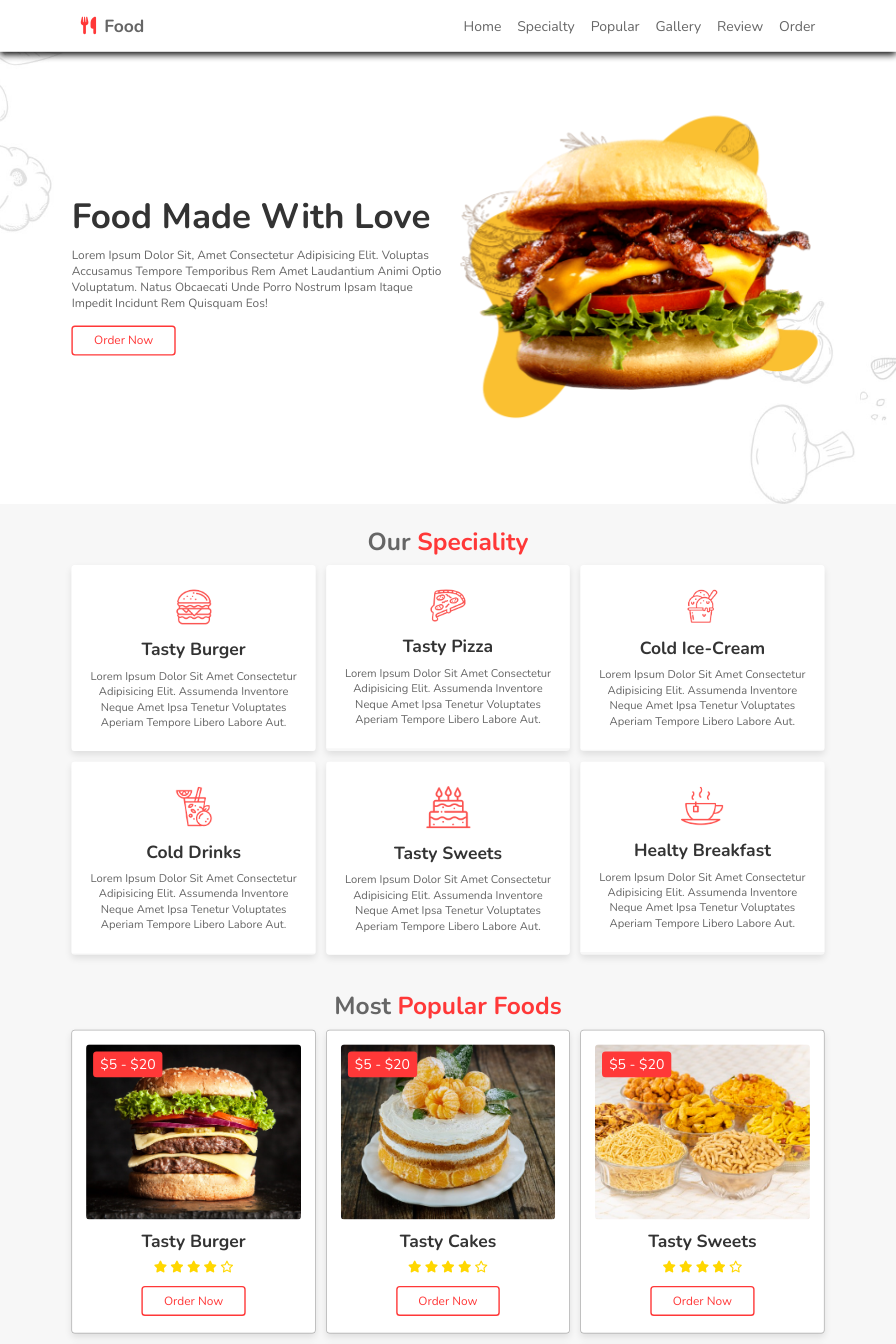
Repository: wenxi0504/ResturantApp-static-
Page: index.html
An editor plug-in stored every save of this project. The page is shown before and after the next save, followed by the edit.
The browser window is 1280 px wide. The pictures show the part of the page from y = 0 to 1920 px (the page is 6701 px tall before and 3665 px after), at 70% of full size.

Above is the page before, as saved 2022-01-10 00:37:00.
Console error: TypeError: Cannot read properties of null (reading 'classList')

### index.html
<!DOCTYPE html>
<html lang="en">
  <head>
    <meta charset="UTF-8" />
    <meta http-equiv="X-UA-Compatible" content="IE=edge" />
    <meta name="viewport" content="width=device-width, initial-scale=1.0" />
    <title>Maple Yip Seafood Restaurant</title>
    <!-- font awesome cnd link-->
    <link
      rel="stylesheet"
      href="https://cdnjs.cloudflare.com/ajax/libs/font-awesome/6.0.0-beta3/css/all.min.css"
    />
    <!--custom css link-->
    <link rel="stylesheet" href="./style.css" />
  </head>
  <body>
    <!--header section-->
    <header>
      <!-- current page-->
      <a href="#" class="logo"><i class="fas fa-utensils"></i> food </a>
      <div id="menu-bar" class="fas fa-bars"></div>
      <nav class="navbar">
        <a href="#home">Home</a>
        <a href="#speciality">Specialty</a>
        <a href="#popular">Popular</a>
        <a href="#gallery">gallery</a>
        <a href="#revire">Review</a>
        <a href="#order">Order</a>
      </nav>
    </header>
    <!-- header section ends-->
    <!--home section-->
    <section class="home" id="home">
      <div class="content">
        <h3>food made with love</h3>
        <p>
          Lorem ipsum dolor sit, amet consectetur adipisicing elit. Voluptas
          accusamus tempore temporibus rem amet laudantium animi optio
          voluptatum. Natus obcaecati unde porro nostrum ipsam itaque impedit
          incidunt rem quisquam eos!
        </p>
        <a href="#" class="btn">order now</a>
      </div>
      <div class="image">
        <img src="images/home-img.png" alt="home-img" />
      </div>
    </section>
    <!--home section ends-->

<!--Specialty section -->
<section class="speciality" id="speciality">
    <h1 class="heading">Our <span>Speciality</span></h1>
    <div class="box-container">
        <div class="box">
            <img class="image" src="images/s-img-1.jpg" alt="s-image">
            <div class="content">
                <img src="images/s-1.png" alt="s-1">
                <h3>tasty burger</h3>
                <p>Lorem ipsum dolor sit amet consectetur adipisicing elit. Assumenda inventore neque amet ipsa tenetur voluptates aperiam tempore libero labore aut.</p>
            </div>
        </div>
        <div class="box">
            <img class="image" src="images/s-img-2.jpg" alt="">
            <div class="content">
                <img src="images/s-2.png" alt="">
                <h3>tasty pizza</h3>
                <p>Lorem ipsum dolor sit amet consectetur adipisicing elit. Assumenda inventore neque amet ipsa tenetur voluptates aperiam tempore libero labore aut.</p>
            </div>
        </div>
        <div class="box">
            <img class="image" src="images/s-img-3.jpg" alt="">
            <div class="content">
                <img src="images/s-3.png" alt="">
                <h3>cold ice-cream</h3>
                <p>Lorem ipsum dolor sit amet consectetur adipisicing elit. Assumenda inventore neque amet ipsa tenetur voluptates aperiam tempore libero labore aut.</p>
            </div>
        </div>
        <div class="box">
            <img class="image" src="images/s-img-4.jpg" alt="">
            <div class="content">
                <img src="images/s-4.png" alt="">
                <h3>cold drinks</h3>
                <p>Lorem ipsum dolor sit amet consectetur adipisicing elit. Assumenda inventore neque amet ipsa tenetur voluptates aperiam tempore libero labore aut.</p>
            </div>
        </div>
        <div class="box">
            <img class="image" src="images/s-img-5.jpg" alt="">
            <div class="content">
                <img src="images/s-5.png" alt="">
                <h3>tasty sweets</h3>
                <p>Lorem ipsum dolor sit amet consectetur adipisicing elit. Assumenda inventore neque amet ipsa tenetur voluptates aperiam tempore libero labore aut.</p>
            </div>
        </div>
        <div class="box">
            <img class="image" src="images/s-img-6.jpg" alt="">
            <div class="content">
                <img src="images/s-6.png" alt="">
                <h3>healty breakfast</h3>
                <p>Lorem ipsum dolor sit amet consectetur adipisicing elit. Assumenda inventore neque amet ipsa tenetur voluptates aperiam tempore libero labore aut.</p>
            </div>
        </div>
    </div>
</section>
<!--Specialty section ends-->
<!--popular section-->
<section class="popular" id="popular">
    <h1 class="heading">most <span>popular foods</span></h1>
<div class="box-container">
    <div class="box">
        <span class="price"> $5 - $20 </span>
        <img src="images/p-1.jpg" alt="">
        <h3>tasty burger</h3>
        <div class="stars">
            <i class="fas fa-star"></i>
            <i class="fas fa-star"></i>
            <i class="fas fa-star"></i>
            <i class="fas fa-star"></i>
            <i class="far fa-star"></i>
        </div>
        <a href="#" class="btn">order now</a>
    </div>
    <div class="box">
        <span class="price"> $5 - $20 </span>
        <img src="images/p-2.jpg" alt="">
        <h3>tasty cakes</h3>
        <div class="stars">
            <i class="fas fa-star"></i>
            <i class="fas fa-star"></i>
            <i class="fas fa-star"></i>
            <i class="fas fa-star"></i>
            <i class="far fa-star"></i>
        </div>
        <a href="#" class="btn">order now</a>
    </div>
    <div class="box">
        <span class="price"> $5 - $20 </span>
        <img src="images/p-3.jpg" alt="">
        <h3>tasty sweets</h3>
        <div class="stars">
            <i class="fas fa-star"></i>
            <i class="fas fa-star"></i>
            <i class="fas fa-star"></i>
            <i class="fas fa-star"></i>
            <i class="far fa-star"></i>
        </div>
        <a href="#" class="btn">order now</a>
    </div>
    <div class="box">
        <span class="price"> $5 - $20 </span>
        <img src="images/p-4.jpg" alt="">
        <h3>tasty cupcakes</h3>
        <div class="stars">
            <i class="fas fa-star"></i>
            <i class="fas fa-star"></i>
            <i class="fas fa-star"></i>
            <i class="fas fa-star"></i>
            <i class="far fa-star"></i>
        </div>
        <a href="#" class="btn">order now</a>
    </div>
    <div class="box">
        <span class="price"> $5 - $20 </span>
        <img src="images/p-5.jpg" alt="">
        <h3>cold drinks</h3>
        <div class="stars">
            <i class="fas fa-star"></i>
            <i class="fas fa-star"></i>
            <i class="fas fa-star"></i>
            <i class="fas fa-star"></i>
            <i class="far fa-star"></i>
        </div>
        <a href="#" class="btn">order now</a>
    </div>
    <div class="box">
        <span class="price"> $5 - $20 </span>
        <img src="images/p-6.jpg" alt="">
        <h3>cold ice-cream</h3>
        <div class="stars">
            <i class="fas fa-star"></i>
            <i class="fas fa-star"></i>
            <i class="fas fa-star"></i>
            <i class="fas fa-star"></i>
            <i class="far fa-star"></i>
        </div>
        <a href="#" class="btn">order now</a>
    </div>
</div>
</section>
<!--popular section ends-->
<!--steps section-->
<div class="step-container">

    <h1 class="heading">how it <span>works</span></h1>

    <section class="steps">

        <div class="box">
            <img src="images/step-1.jpg" alt="">
            <h3>choose your favorite food</h3>
        </div>
        <div class="box">
            <img src="images/step-2.jpg" alt="">
            <h3>free and fast delivery</h3>
        </div>
        <div class="box">
            <img src="images/step-3.jpg" alt="">
            <h3>easy payments methods</h3>
        </div>
        <div class="box">
            <img src="images/step-4.jpg" alt="">
            <h3>and finally, enjoy your food</h3>
        </div>

    </section>

</div>
<!-- steps section ends-->
<!--gallery section-->
<section class="gallery" id="gallery">

    <h1 class="heading"> our food <span> gallery </span> </h1>

    <div class="box-container">

        <div class="box">
            <img src="images/g-1.jpg" alt="">
            <div class="content">
                <h3>tasty food</h3>
                <p>Lorem ipsum dolor sit, amet consectetur adipisicing elit. Deleniti, ipsum.</p>
                <a href="#" class="btn">ordern now</a>
            </div>
        </div>
        <div class="box">
            <img src="images/g-2.jpg" alt="">
            <div class="content">
                <h3>tasty food</h3>
                <p>Lorem ipsum dolor sit, amet consectetur adipisicing elit. Deleniti, ipsum.</p>
                <a href="#" class="btn">ordern now</a>
            </div>
        </div>
        <div class="box">
            <img src="images/g-3.jpg" alt="">
            <div class="content">
                <h3>tasty food</h3>
                <p>Lorem ipsum dolor sit, amet consectetur adipisicing elit. Deleniti, ipsum.</p>
                <a href="#" class="btn">ordern now</a>
            </div>
        </div>
        <div class="box">
            <img src="images/g-4.jpg" alt="">
            <div class="content">
                <h3>tasty food</h3>
                <p>Lorem ipsum dolor sit, amet consectetur adipisicing elit. Deleniti, ipsum.</p>
                <a href="#" class="btn">ordern now</a>
            </div>
        </div>
        <div class="box">
            <img src="images/g-5.jpg" alt="">
            <div class="content">
                <h3>tasty food</h3>
                <p>Lorem ipsum dolor sit, amet consectetur adipisicing elit. Deleniti, ipsum.</p>
                <a href="#" class="btn">ordern now</a>
            </div>
        </div>
        <div class="box">
            <img src="images/g-6.jpg" alt="">
            <div class="content">
                <h3>tasty food</h3>
                <p>Lorem ipsum dolor sit, amet consectetur adipisicing elit. Deleniti, ipsum.</p>
                <a href="#" class="btn">ordern now</a>
            </div>
        </div>
        <div class="box">
            <img src="images/g-7.jpg" alt="">
            <div class="content">
                <h3>tasty food</h3>
                <p>Lorem ipsum dolor sit, amet consectetur adipisicing elit. Deleniti, ipsum.</p>
                <a href="#" class="btn">ordern now</a>
            </div>
        </div>
        <div class="box">
            <img src="images/g-8.jpg" alt="">
            <div class="content">
                <h3>tasty food</h3>
                <p>Lorem ipsum dolor sit, amet consectetur adipisicing elit. Deleniti, ipsum.</p>
                <a href="#" class="btn">ordern now</a>
            </div>
        </div>
        <div class="box">
            <img src="images/g-9.jpg" alt="">
            <div class="content">
                <h3>tasty food</h3>
                <p>Lorem ipsum dolor sit, amet consectetur adipisicing elit. Deleniti, ipsum.</p>
                <a href="#" class="btn">ordern now</a>
            </div>
        </div>

    </div>

</section>

<!--gallery section ends-->
    <!--custom js file link-->
    <script src="script.js"></script>
  </body>
</html>

### style.css
@import url('https://fonts.googleapis.com/css2?family=Nunito:wght@200;300;400;600;700&display=swap');

:root{
--red:#ff3838;
}
 /* match everything */
*{
    font-family: 'Nunito', sans-serif;
    margin:0;
    padding:0;
    box-sizing:border-box;
    outline:none;
    border:none;
    text-decoration: none;
    /* text 大小写 */
    text-transform: capitalize;
    transition: all .2s linear;
}

/* the part that the user choose to highlight */
*::selection{
    background:var(--red);
    color:#fff;
  }

html{
    font-size: 62.5%;
    overflow-x: hidden;
    scroll-behavior: smooth;
    scroll-padding-top:6rem;
}

body{
    background: #f7f7f7;
}

header{
    position:fixed;
    top:0;
    left:0;
    right: 0;
    z-index:1000;
    display: flex;
    align-items: center;
    justify-content: space-between;
    background:#fff;
    padding:2rem 9%;
    box-shadow: 0 .5rem 1rem rgba(0,0,0,1);

}

header .logo{
    font-size:2.5rem;
    font-weight: bolder;
    color:#666;
}

header .logo i{
    padding-right: .5rem;
    color:var(--red);
}

header .navbar a{
    font-size: 2rem;
    margin-left: 2rem;
    color:#666;
  }

header .navbar a:hover{

    color:var(--red);
}

#menu-bar{

    font-size:3rem;
    cursor:pointer;
    color:#666;
    border:.1rem solid #666;
    border-radius: .3rem;
    padding:.5rem 1.5rem;
    display: none;
}
/* section part  */
section{
  padding: 2rem 8%;
}

.home{
  display:flex;
  flex-wrap: wrap;
  gap:1.5rem;
  min-height:100vh;
  align-items:center;
  background:url(./images/home-bg.jpg) no-repeat;
  background-size:cover;
  background-position: center;
}

.home .content{
  flex: 1 1 40rem;
  padding-top: 6.5rem;
}

.home .image{
  flex: 1 1 40rem;
}

/* image floating upside-down */
.home .image img{
  width:100%;
  padding:1rem;
  animation:float 3s linear infinite;
}

@keyframes float{
  0%, 100%{
    transform:translateY(0rem);
  }
  50%{
    transform:translateY(3rem);
  }
}

.home .content h3{
font-size: 5rem;
color:#333;
}

.home .content p{
  font-size: 1.7rem;
  color:#666;
  padding:1rem 0;
}

/* order button */
.btn{
  display: inline-block;
  padding:.8rem 3rem;
  border:.2rem solid var(--red);
  color:var(--red);
  cursor: pointer;
  font-size:1.7rem;
  border-radius:.5rem;
  position: relative;
  overflow: hidden;
  z-index: 0;
  margin-top: 1rem;
}

.btn::before{
  content: '';
  position: absolute;
  top:0; right: 0;
  width:0%;
  height:100%;
  background:var(--red);
  transition: .3s linear;
  z-index: -1;
}

.btn:hover::before{
  width:100%;
  left:0;
}

.btn:hover{
  color:#fff;
}

/* Speciality */
/* Our Speciality */
.heading{
  text-align:center;
  font-size:3.5rem;
  padding:1rem;
  color:#666
}

.heading span{
  color:var(--red);
}

/* top layout */
.speciality .box-container{
  display: flex;
  /* Make flexbox elements break when necessary */
  flex-wrap: wrap;
  gap:1.5rem;
}

.speciality .box-container .box{
  flex:1 1 30rem;
  position: relative;
  overflow: hidden;
  box-shadow: 0 .5rem 1rem rgba(0,0,0,.1);
  cursor: pointer;
  border-radius:.5rem;

}

.speciality .box-container .box .image{
  height: 100%;
  width: 100%;
  object-fit: cover;
  position: absolute;
  top:-100%;
  left:0;
}

.speciality .box-container .box .content{
  text-align: center;
  background:#fff;
  padding:2rem;
}

.speciality .box-container .box .content img{
  margin:1.5rem 0;
}

.speciality .box-container .box .content h3{
  font-size: 2.5rem;
  color:#333;
}

.speciality .box-container .box .content p{
  font-size: 1.6rem;
  color:#666;
  padding:1rem 0;
}

.speciality .box-container .box:hover .image{
  top:0;
}

.speciality .box-container .box:hover .content{
  transform: translateY(100%);
}

/* popular section */
.popular .box-container{
  display: flex;
  flex-wrap: wrap;
  gap:1.5rem;
}

.popular .box-container .box{
  padding:2rem;
  background:#fff;
  box-shadow: 0 .5rem 1rem rgba(0,0,0,.1);
  border:.1rem solid rgba(0,0,0,.3);
  border-radius: .5rem;
  text-align: center;
  flex:1 1 30rem;
  position: relative;
}

.popular .box-container .box img{
  height:25rem;
  object-fit: cover;
  width:100%;
  border-radius: .5rem;
}

.popular .box-container .box .price{
  position: absolute;
  top:3rem; left:3rem;
  background:var(--red);
  color:#fff;
  font-size: 2rem;
  padding:.5rem 1rem;
  border-radius: .5rem;
}

.popular .box-container .box h3{
  color:#333;
  font-size: 2.5rem;
  padding-top: 1rem;
}

.popular .box-container .box .stars i{
  color:gold;
  font-size: 1.7rem;
  padding:1rem .1rem;
}

/* order steps */
.steps{
  display: flex;
  flex-wrap: wrap;
  gap:1.5rem;
  padding:1rem;
}

.steps .box{
  flex:1 1 25rem;
  padding:1rem;
  text-align: center;
}

.steps .box img{
  border-radius: 50%;
  border:1rem solid #fff;
  box-shadow: 0 .5rem 1rem rgba(0,0,0,.1);
}

.steps .box h3{
  font-size: 3rem;
  color:#333;
  padding:1rem;
}


/* media queries for different devices */


@media(max-width:991px){

    html{
      font-size: 55%;
    }

    header{
      padding:2rem;
    }

    section{
      padding:2rem;
    }

  }

  @media(max-width:768px){

    #menu-bar{
      display: initial;
    }

    header .navbar{
      position: absolute;
      top:100%; left: 0; right:0;
      background: #f7f7f7;
      border-top: .1rem solid rgba(0,0,0,.1);
      clip-path: polygon(0 0, 100% 0, 100% 0%, 0 0);
    }

    header .navbar.active{
      clip-path: polygon(0 0, 100% 0, 100% 100%, 0% 100%);
    }

    header .navbar a{
      margin: 1.5rem;
      padding:1.5rem;
      display: block;
      border:.2rem solid rgba(0,0,0,.1);
      border-left:.5rem solid var(--red);
      background:#fff;

    }

  }


  @media(max-width:450px){

    html{
      font-size: 50%;
    }

    .order .row form .inputBox input{
      width:100%;}
    }

### script.js
let menu= document.querySelector('#menu-bar');
let navbar=document.querySelector('.navbar');

menu.onclick=()=>{
    // 'fa-time' is "X" icon
    menu.classList.toggle('fa-times');
    navbar.classList.toggle('active');
}

window.onscroll= () =>{
    menu.classList.remove('fa-times');
    navbar.classList.remove('active');

    if(window.scrollY>60)
    {
        document.querySelector('#scroll-top').classList.add('active');
    }
    else
    {   document.querySelector('#scroll-top').classList.remove('active');

    }
}

After the next save:
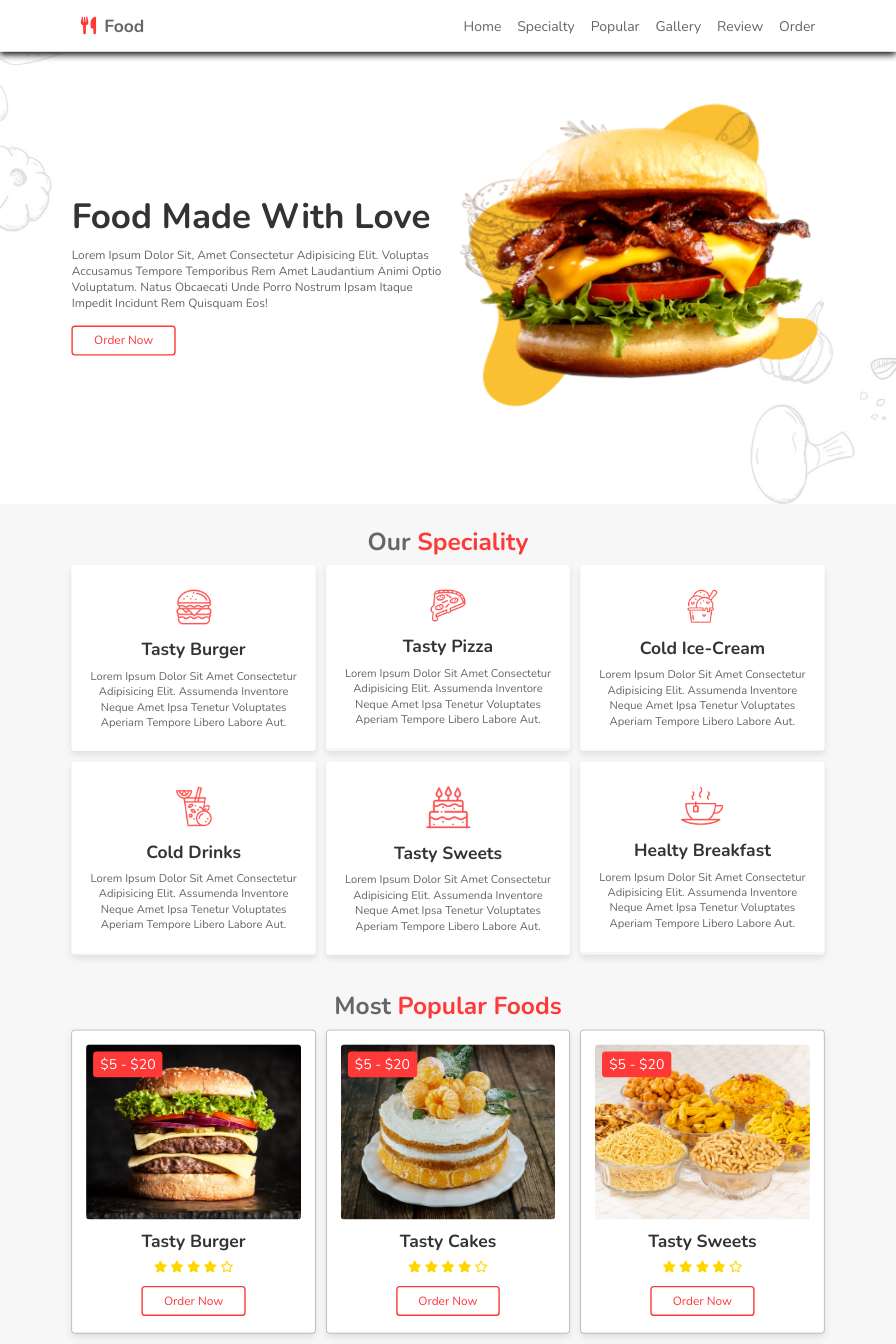
Saved 2 min 38 s later.
--- a/style.css
+++ b/style.css
@@ -310,6 +310,56 @@ color:#333;
   padding:1rem;
 }
 
+/* gallery section */
+.gallery .box-container{
+  display: flex;
+  flex-wrap: wrap;
+  gap:1.5rem;
+}
+
+.gallery .box-container .box{
+  height:25rem;
+  flex:1 1 30rem;
+  border:1rem solid #fff;
+  box-shadow: 0 .5rem 1rem rgba(0,0,0,.1);
+  border-radius: .5rem;
+  position: relative;
+  overflow: hidden;
+}
+
+.gallery .box-container .box img{
+  height:100%;
+  width:100%;
+  object-fit: cover;
+}
+
+.gallery .box-container .box .content{
+  position: absolute;
+  top:-100%; left:0;
+  height: 100%;
+  width:100%;
+  background:rgba(255,255,255,.9);
+  padding:2rem;
+  padding-top: 5rem;
+  text-align: center;
+}
+
+.gallery .box-container .box .content h3{
+  font-size: 2.5rem;
+  color:#333;
+}
+
+.gallery .box-container .box .content p{
+  font-size: 1.5rem;
+  color:#666;
+  padding:1rem 0;
+}
+
+.gallery .box-container .box:hover .content{
+  top:0;
+}
+
+
 
 /* media queries for different devices */
 
